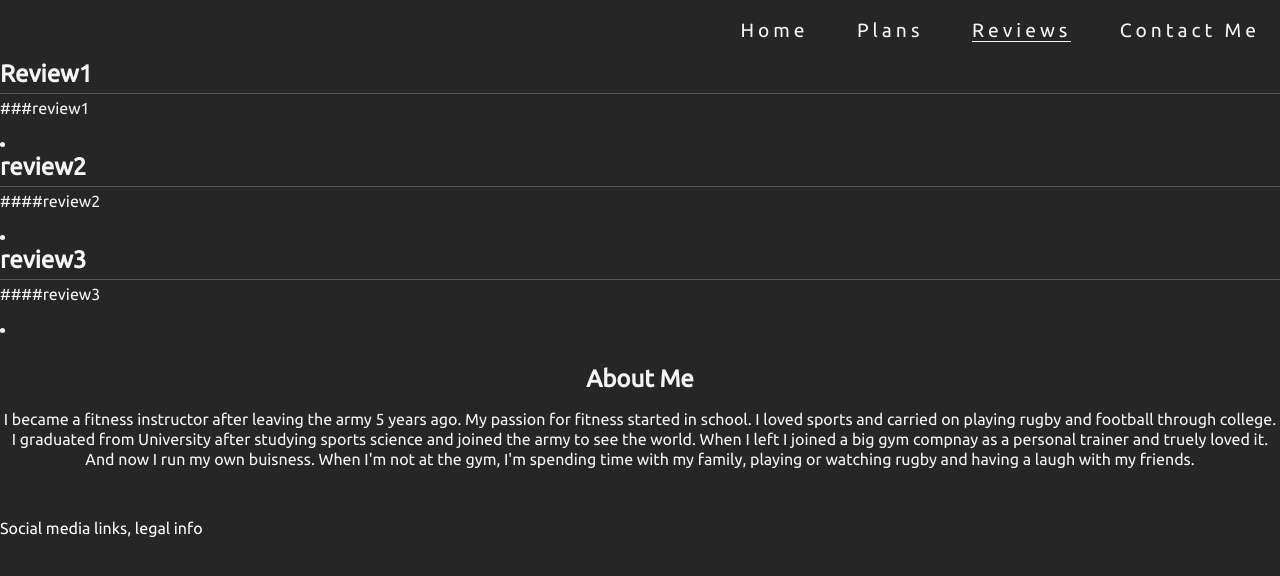
Repository: ClaireRoberts1403/Joe-Bloggs-Personal-Trainer
Page: html/reviews.html
The author's editor kept a record of every edit. The page is drawn from the files as they stood at one moment, then again after the next edit.
The browser window is 1280 px wide. The pictures show the whole page.
Some web fonts or font styles are not loaded; a fallback is used.

Above is the page before.

After the next edit:
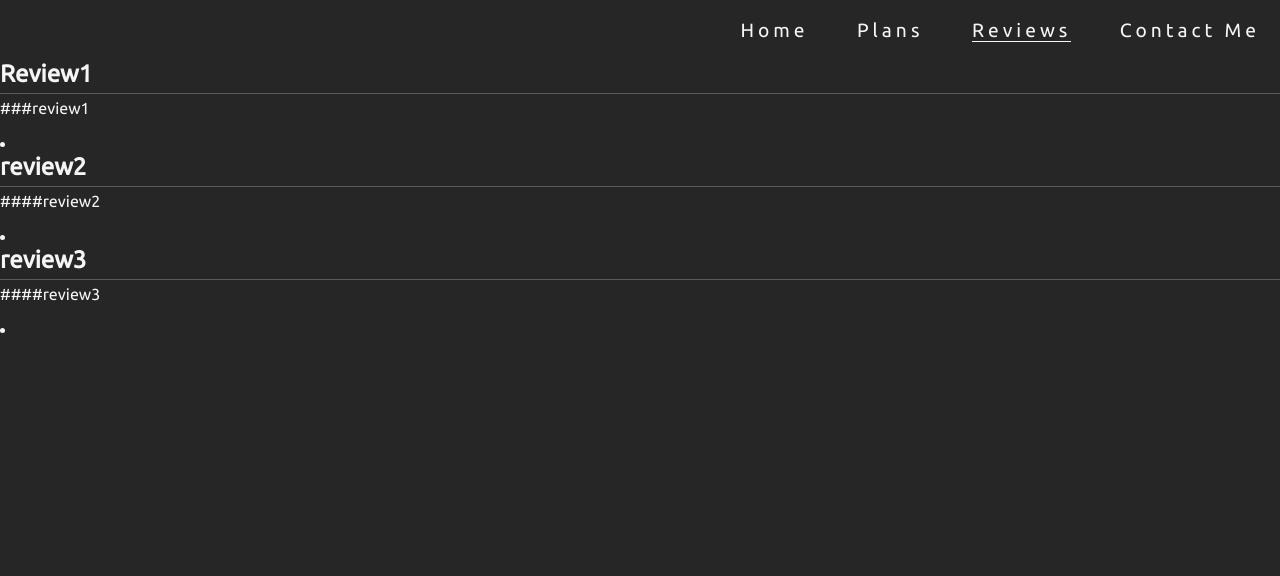
The edit:
--- a/html/reviews.html
+++ b/html/reviews.html
@@ -40,10 +40,10 @@
 			<h2>Review1 <i class="#"></i></h2>
 			<hr>
 			<p>###review1</p>
-							<br>
-				<li class="reviewimage1">
+			<br>
+			<li class="reviewimage1">
 
-				</li>
+			</li>
 		</div>
 		<div class="review2">
 			<h2>review2<i class="#"></i></h2>
@@ -54,7 +54,7 @@
 
 			</li>
 		</div>
-	<div class="review3">
+		<div class="review3">
 			<h2>review3<i class="#"></i></h2>
 			<hr>
 			<p>####review3</p>
@@ -65,18 +65,15 @@
 		</div>
 	</section>
 
-	<!-- Who Am I -->
-	<section>
-		<div class="history">
-			<h1>About Me</h1>
-			<p>I became a fitness instructor after leaving the army 5 years ago. My passion for fitness started in school. I loved sports and carried on playing rugby and football through college. I graduated from University after studying sports science and joined
-				the army to see the world. When I left I joined a big gym compnay as a personal trainer and truely loved it. And now I run my own buisness. When I'm not at the gym, I'm spending time with my family, playing or watching rugby and having a laugh with
-				my friends.</p>
-		</div>
-	</section>
+
 
 	<footer>
-		Social media links, legal info
+		<ul class="social-networks">
+			<li><a href="http://www.facebook.com" target="_blank"><i class="fab fa-facebook-square"></i></a></li>
+			<li><a href="http://www.twitter.com" target="_blank"><i class="fab fa-twitter-square"></i><a/></li>
+			<li><a href="http://www.youtube.com" target="_blank"><i class="fab fa-youtube-square"></i><a/></li>
+			<li><a href="http://www.instagram.com" target="_blank"><i class="fab fa-instagram"></i></a></li>
+		</ul>
 	</footer>
 
 </body>
